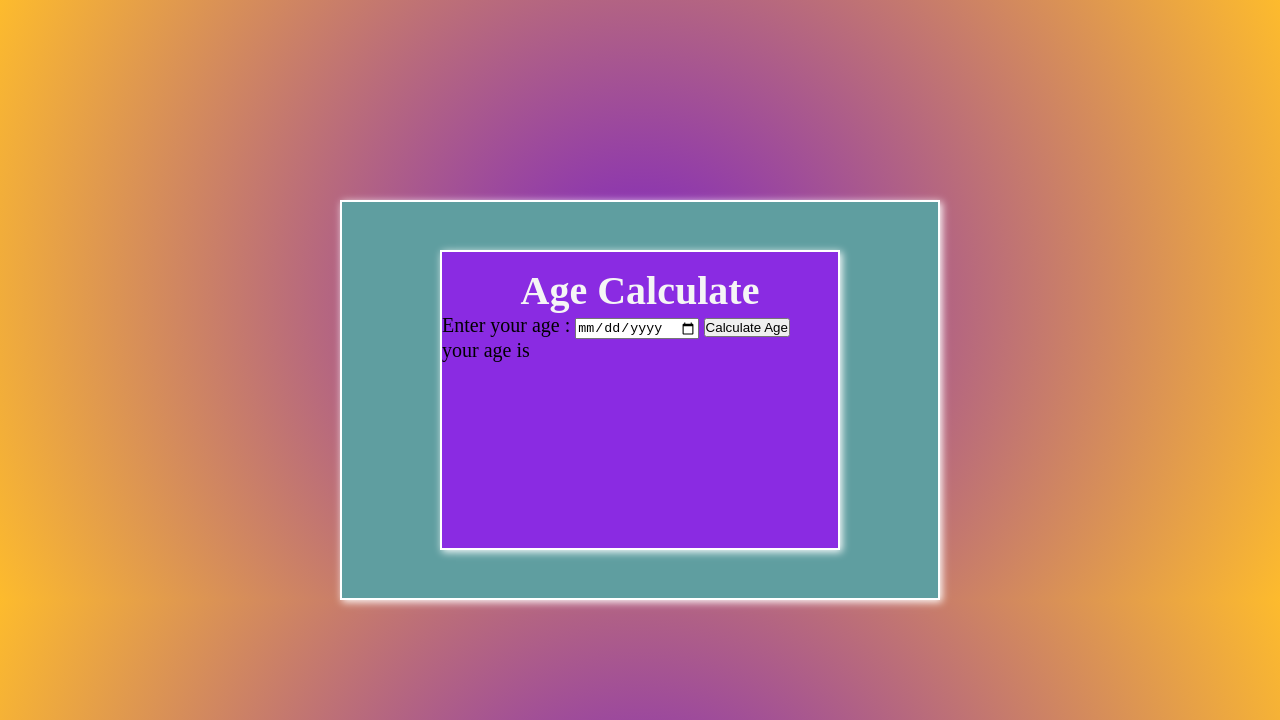
Repository: sristigupta04/basic-js-project
Page: age calculator/age.html
These files come from the project's save history. The page is drawn as it stood at one moment and after the next save; the edit follows.
The browser window is 1280 px wide. The pictures show the whole page.

Above is the page before, as saved 2025-11-07 15:13:14.

After the next save:
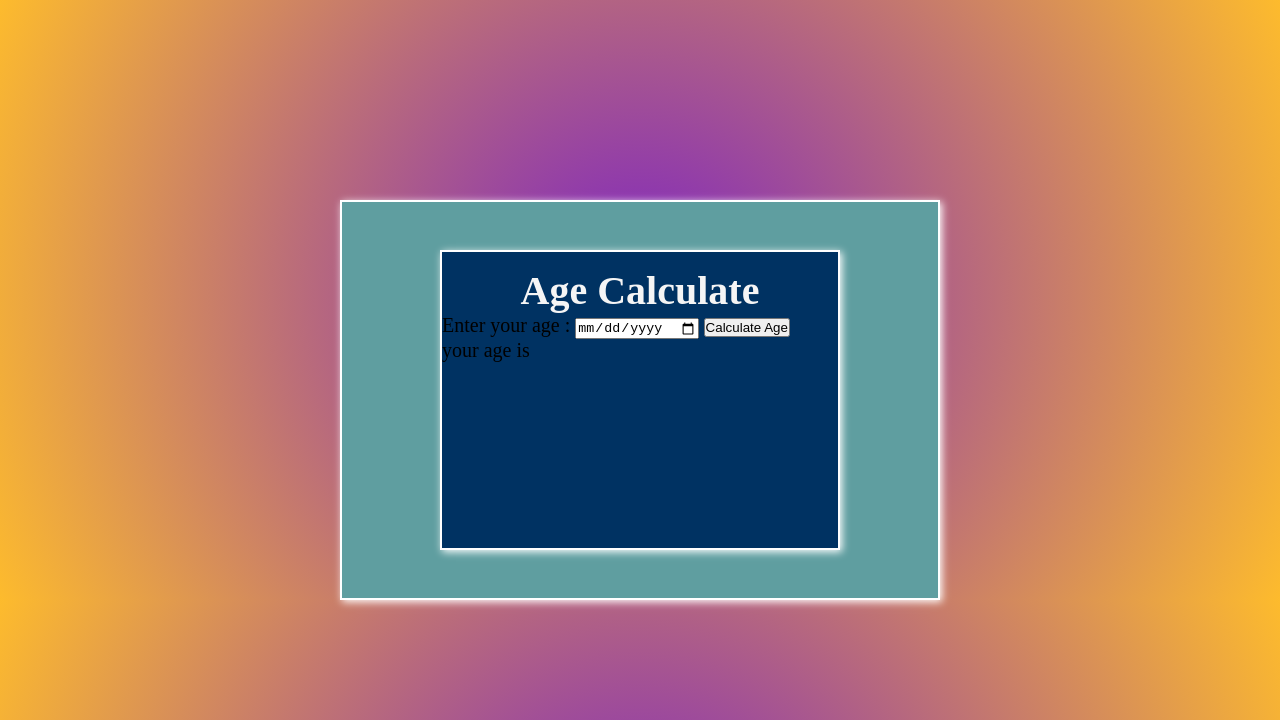
Saved 63 s later.
--- a/age calculator/age.css
+++ b/age calculator/age.css
@@ -25,7 +25,7 @@
 
 }
 .age{
-    background-color: blueviolet;
+    background-color:#003262;
      box-shadow: 2px 2px 8px white;
     border:2px solid white;
     height:300px;
